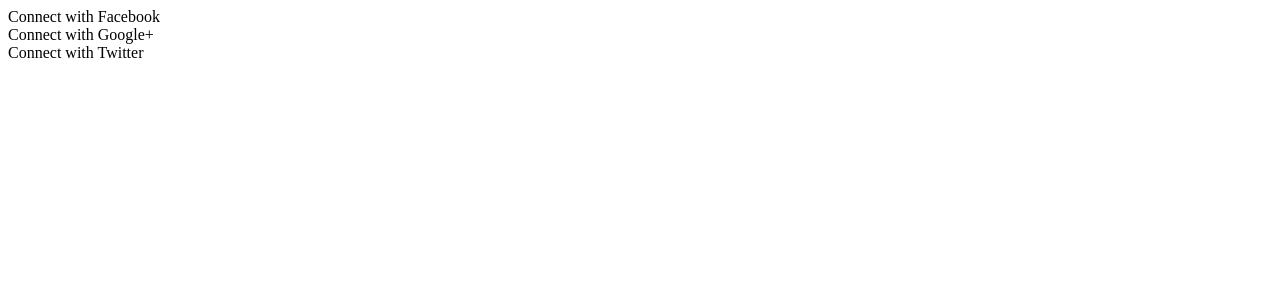
Repository: smirciat/reservations
Page: client/components/oauth-buttons/oauth-buttons.html
The author's editor kept a record of every edit. The page is drawn from the files as they stood at one moment, then again after the next edit.
The browser window is 1280 px wide. The pictures show the whole page.

Above is the page before.

### client/components/oauth-buttons/oauth-buttons.html
<div class="row">
  <div class="col-md-3" >
     <a  ng-click="OauthButtons.loginOauth('facebook')" class="btn btn-social btn-facebook">
      <i class="fa fa-facebook"></i>
      Connect with Facebook
     </a>
  </div>
  <div class="col-md-3" >
    <a  ng-click="OauthButtons.loginOauth('google')" class="btn btn-social btn-google">
      <i class="fa fa-google-plus"></i>
      Connect with Google+
    </a>
  </div>
  <div class="col-md-3" >
    <a  ng-click="OauthButtons.loginOauth('twitter')" class="btn btn-social btn-twitter">
      <i class="fa fa-twitter"></i>
      Connect with Twitter
    </a>

After the next edit:
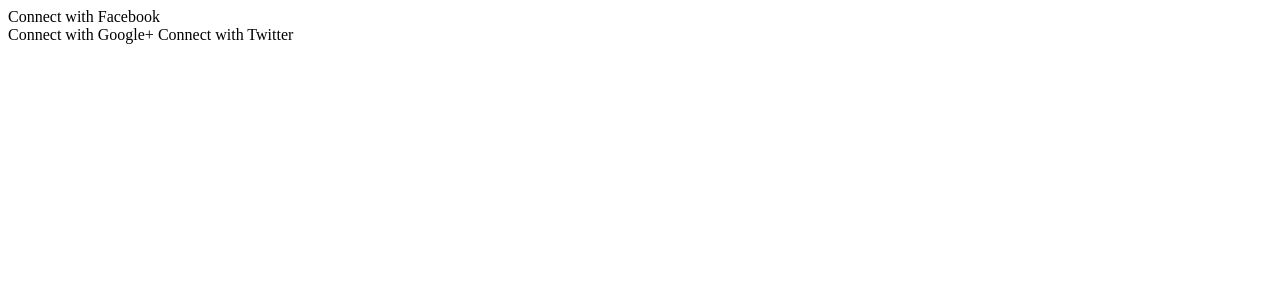
The edit:
--- a/client/components/oauth-buttons/oauth-buttons.html
+++ b/client/components/oauth-buttons/oauth-buttons.html
@@ -10,8 +10,7 @@
       <i class="fa fa-google-plus"></i>
       Connect with Google+
     </a>
-  </div>
-  <div class="col-md-3" >
+
     <a  ng-click="OauthButtons.loginOauth('twitter')" class="btn btn-social btn-twitter">
       <i class="fa fa-twitter"></i>
       Connect with Twitter
